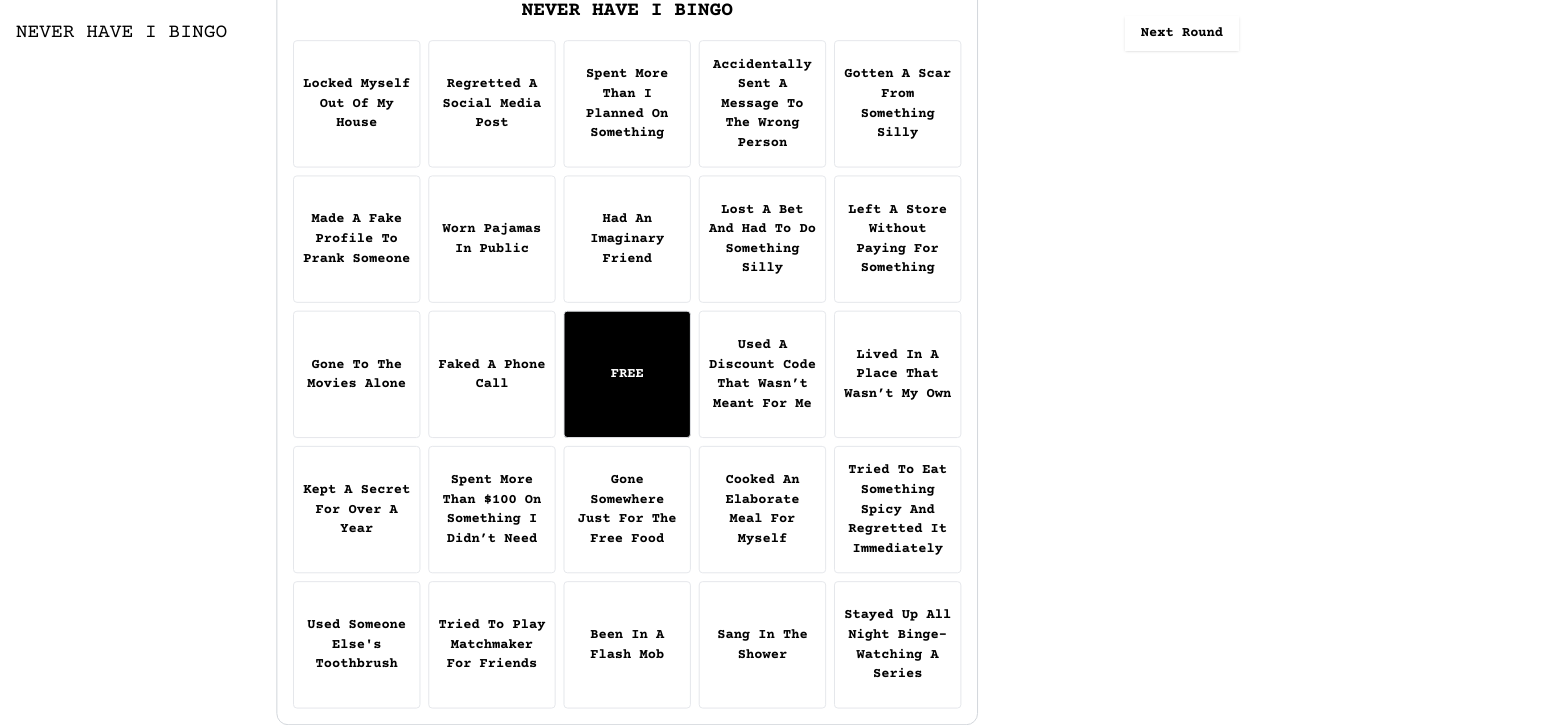
Repository: Jeysmeister/sensoryminds-bingo
Page: /
These files come from the project's save history. The page is drawn as it stood at one moment and after the next save; the edit follows.
The browser window is 1280 px wide. The page is 1280 px wide, then 1600 px, so the pictures cover 1600 px, including what lies to the right of the window. The pictures show the whole page, at 98% of full size.
The project was rebuilt for these pictures with package versions that can differ from the ones it lists, and the page was loaded fresh each time. The framework's server and built-in components were replaced by stand-ins that run in the browser. Also part of the build but not shown: next.config.ts.

Above is the page before, as saved 2024-11-12 17:55:05.

After the next save:
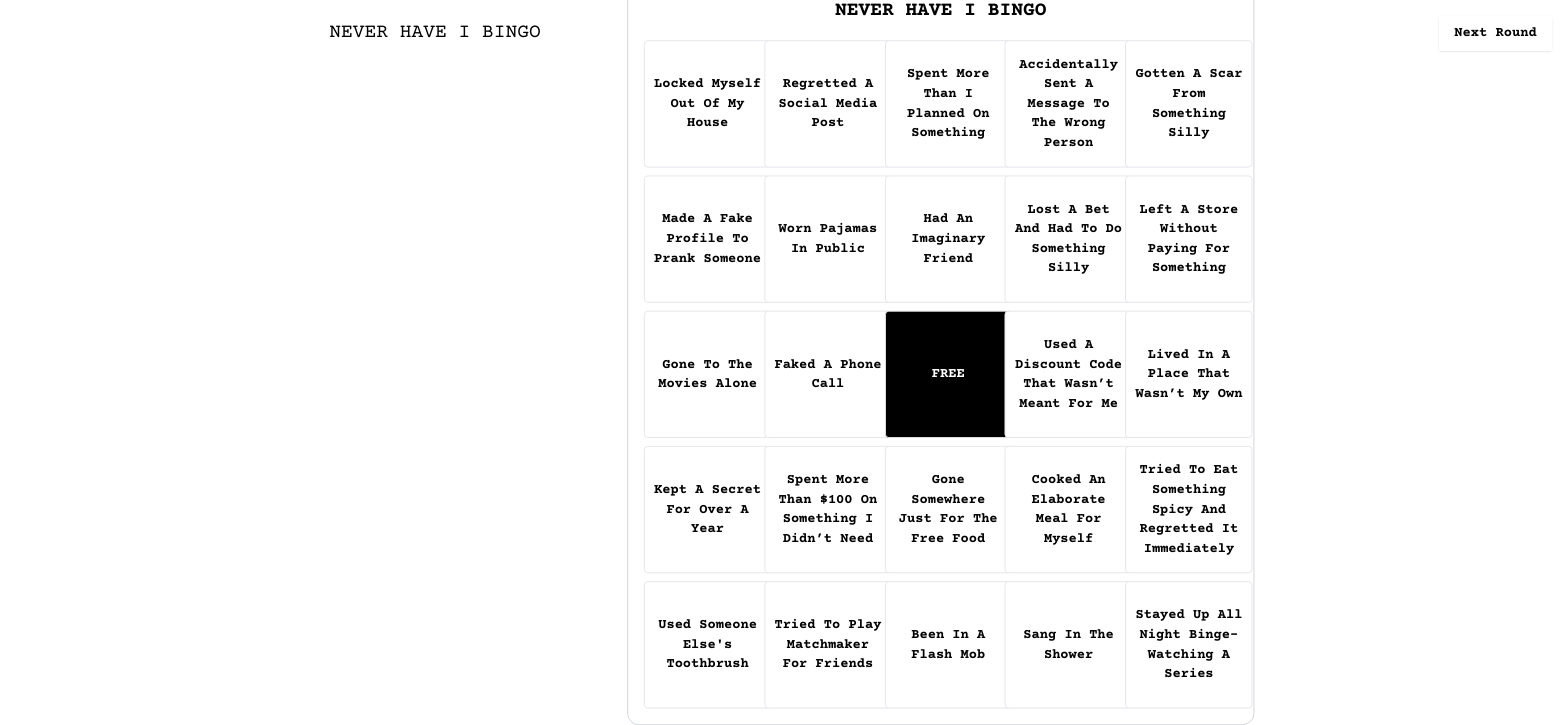
Saved 88 s later.
--- a/app/page.tsx
+++ b/app/page.tsx
@@ -9,9 +9,12 @@ export default function Home() {
   };
   const questions = getRandomQuestions(24);
   return (
-    <div className="w-screen h-screen flex justify-center items-center">
-      <Header />
-      <BingoCard questions={questions} />
+    <div className="flex">
+      <div className="w-screen h-screen flex justify-center items-center text-white font-xl">WELCOME TO NEVER HAVE I BINGO</div>
+      <div className="w-screen h-screen flex justify-center items-center">
+        <Header />
+        <BingoCard questions={questions} />
+      </div>
     </div>
   );
 }
